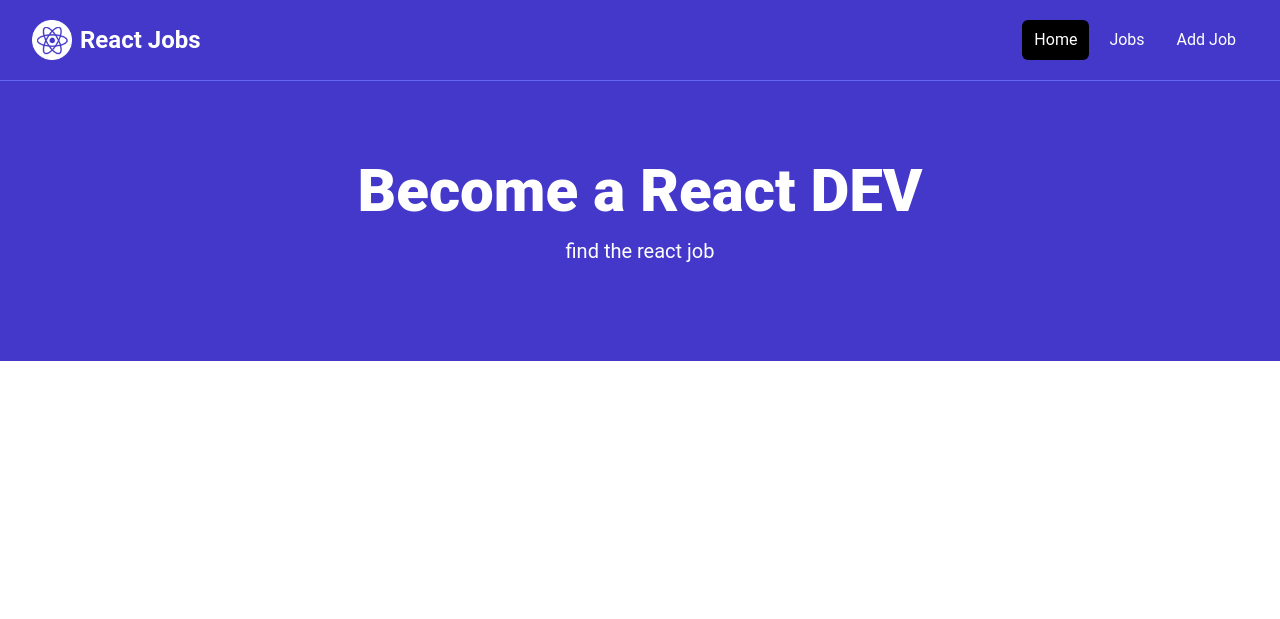
Repository: Geohot-2020/React_setup
Page: / (app in react-crash-2024/)
The author's editor kept a copy of each file at every save. The page is drawn from the files as they stood at one save, then again after the next save.
The browser window is 1280 px wide. The pictures show the whole page.
The project was rebuilt for these pictures with package versions that can differ from the ones it lists, and the page was loaded fresh each time. Also part of the build but not shown: react-crash-2024/vite.config.js.

Above is the page before, as saved 2024-11-13 17:02:30.

After the next save:
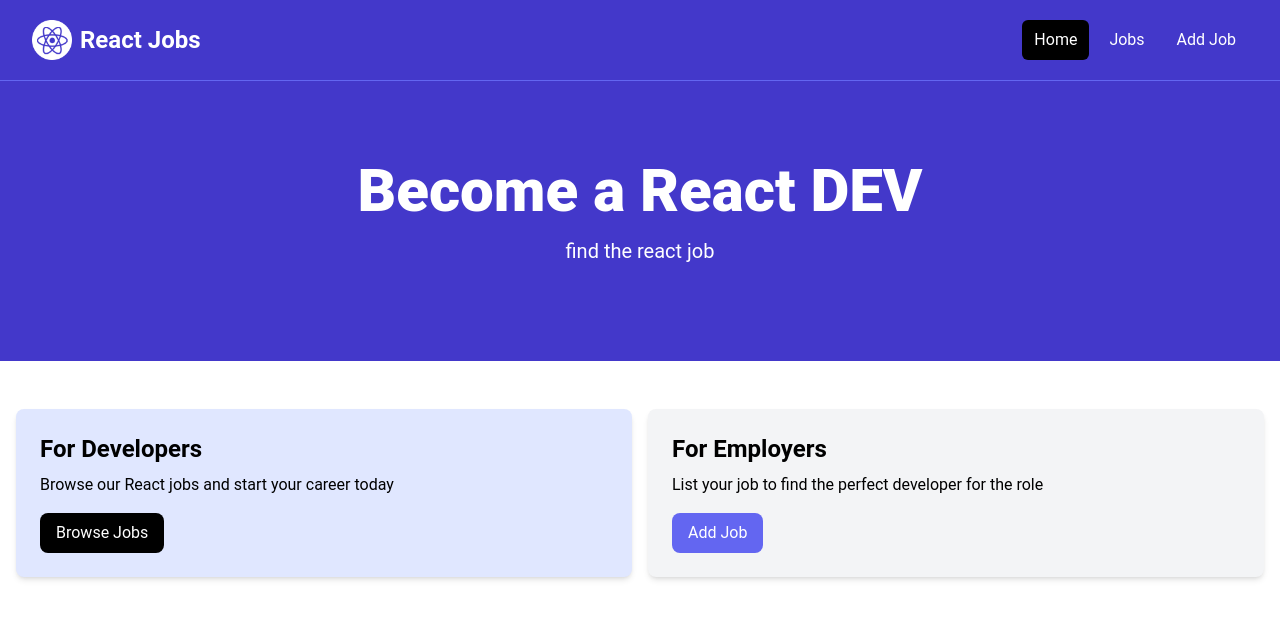
Saved 6 s later.
--- a/react-crash-2024/src/pages/HomePage.jsx
+++ b/react-crash-2024/src/pages/HomePage.jsx
@@ -6,6 +6,7 @@ const HomePage = () => {
   return (
     <>
         <Hero />
+        <HomeCards />
     </>
   )
 }
